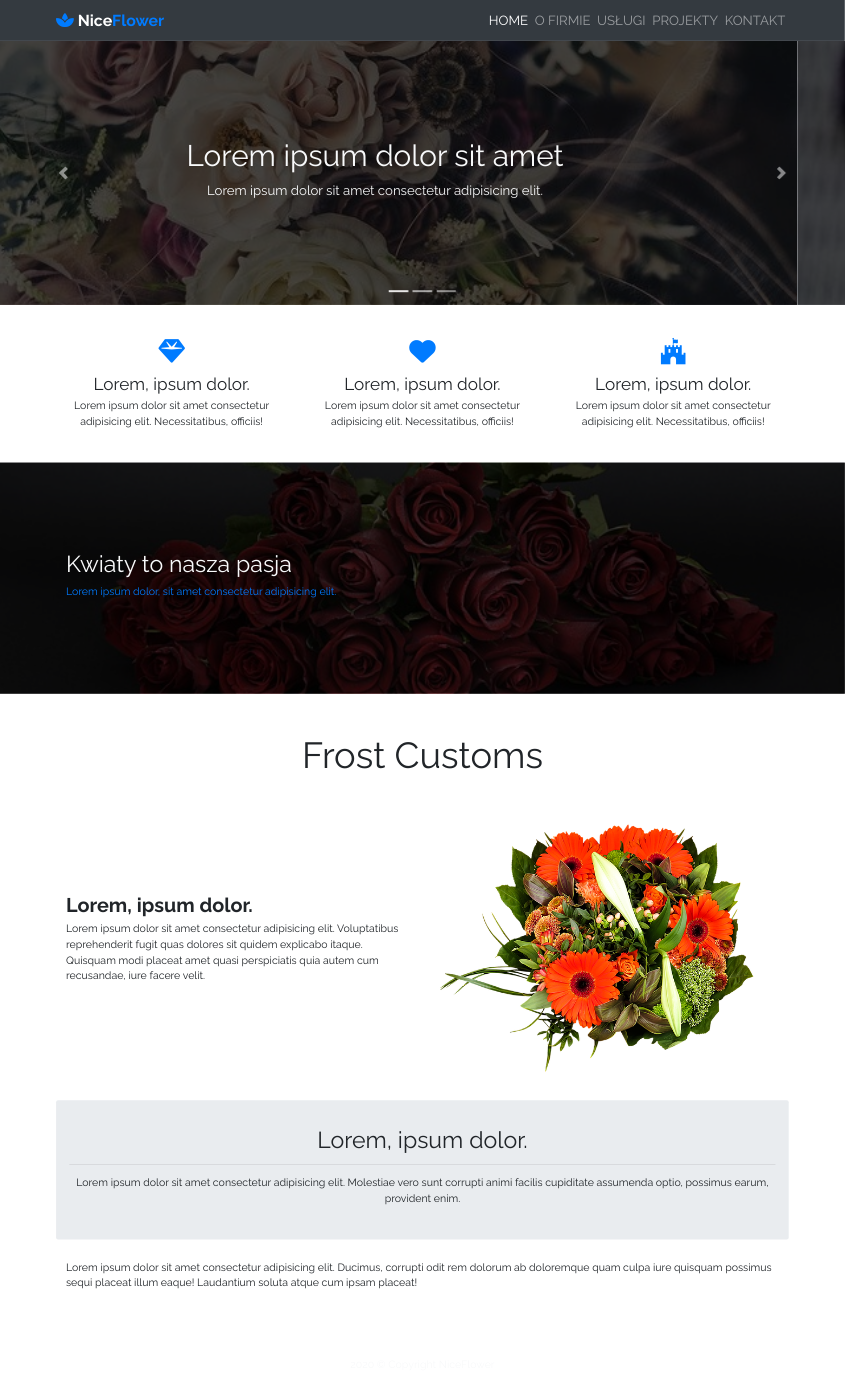
Repository: KrzysKolo/Projekt-13_Kwiaciarnia
Page: index.html
An editor plug-in stored every save of this project. The page is shown before and after the next save, followed by the edit.
The browser window is 1280 px wide. The pictures show the whole page, at 66% of full size.
Some web libraries are served in a nearby version.

Above is the page before, as saved 2020-08-10 02:11:32.

### index.html
<!DOCTYPE html>
<html lang="pl">
  <head>
    <meta charset="UTF-8" />
    <meta name="viewport" content="width=device-width, initial-scale=1.0" />
    <title>Nice-Flower</title>
    <script
      src="https://kit.fontawesome.com/21efeaf281.js"
      crossorigin="anonymous"
    ></script>

    <link
      rel="stylesheet"
      href="https://stackpath.bootstrapcdn.com/bootstrap/4.5.0/css/bootstrap.min.css"
      integrity="sha384-9aIt2nRpC12Uk9gS9baDl411NQApFmC26EwAOH8WgZl5MYYxFfc+NcPb1dKGj7Sk"
      crossorigin="anonymous"
    />
    <link
      href="https://fonts.googleapis.com/css2?family=Raleway:wght@400;700&display=swap"
      rel="stylesheet"
    />
    <link rel="stylesheet" href="style.css" />
  </head>
  <body>
    <nav class="navbar navbar-expand-lg navbar-dark bg-dark py-3">
      <div class="container">
        <a class="navbar-brand" href="#"
          ><i class="fas fa-spa text-primary"></i> Nice<span
            class="text-primary"
            >Flower</span
          ></a
        >
        <button
          class="navbar-toggler border-0"
          type="button"
          data-toggle="collapse"
          data-target="#navbarNavAltMarkup"
          aria-controls="navbarNavAltMarkup"
          aria-expanded="false"
          aria-label="Toggle navigation"
        >
          <i class="fas fa-bars px-4"></i>
        </button>
        <div class="collapse navbar-collapse" id="navbarNavAltMarkup">
          <div class="navbar-nav ml-auto">
            <a class="nav-link active" href="#"
              >Home <span class="sr-only">(current)</span></a
            >
            <a class="nav-link" href="abouteus.html">O firmie</a>
            <a class="nav-link" href="services.html">Usługi</a>
            <a class="nav-link" href="projects.html">Projekty</a>
            <a class="nav-link" href="contact.html">Kontakt</a>
          </div>
        </div>
      </div>
    </nav>

    <!-- HEADER -->
    <header>
      <div
        id="carouselExampleCaptions"
        class="carousel slide"
        data-ride="carousel"
      >
        <ol class="carousel-indicators">
          <li
            data-target="#carouselExampleCaptions"
            data-slide-to="0"
            class="active"
          ></li>
          <li data-target="#carouselExampleCaptions" data-slide-to="1"></li>
          <li data-target="#carouselExampleCaptions" data-slide-to="2"></li>
        </ol>
        <div class="carousel-inner text-dark text-center">
          <div class="carousel-item carousel-img-one active">
            <div
              class="carousel-text h-100 p-5 d-flex flex-column justyfy-content-end justify-content-md-center align-items-center"
            >
              <div class="hero-shadow"></div>
              <p class="display-3 text-light">Lorem ipsum dolor sit amet</p>
              <p class="d-none d-sm-block text-light">
                Lorem ipsum dolor sit amet consectetur adipisicing elit.
              </p>
            </div>
          </div>
          <div class="carousel-item carousel-img-two">
            <div
              class="carousel-text h-100 p-5 d-flex flex-column justyfy-content-end justify-content-md-center align-items-center"
            >
              <div class="hero-shadow"></div>
              <p class="display-3 text-light">Lorem ipsum dolor sit amet</p>
              <p class="d-none d-sm-block text-light">
                Lorem ipsum dolor sit amet consectetur adipisicing elit.
              </p>
            </div>
          </div>
          <div class="carousel-item carousel-img-three">
            <div
              class="carousel-text h-100 p-5 d-flex flex-column justyfy-content-end justify-content-md-center align-items-center"
            >
              <div class="hero-shadow"></div>
              <p class="display-3 text-light">Lorem ipsum dolor sit amet</p>
              <p class="d-none d-sm-block text-light">
                Lorem ipsum dolor sit amet consectetur adipisicing elit.
              </p>
            </div>
          </div>
        </div>
        <a
          class="carousel-control-prev"
          href="#carouselExampleCaptions"
          role="button"
          data-slide="prev"
        >
          <span class="carousel-control-prev-icon" aria-hidden="true"></span>
          <span class="sr-only">Previous</span>
        </a>
        <a
          class="carousel-control-next"
          href="#carouselExampleCaptions"
          role="button"
          data-slide="next"
        >
          <span class="carousel-control-next-icon" aria-hidden="true"></span>
          <span class="sr-only">Next</span>
        </a>
      </div>
    </header>

    <!-- MAIN -->
    <main>
      <section class="home-boxes">
        <div class="container text-center">
          <div class="row">
            <div class="col-md-4 home-box mb-5 mb-md-0">
              <i class="fas fa-gem mb-4 text-primary"></i>
              <h3>Lorem, ipsum dolor.</h3>
              <p class="m-0">
                Lorem ipsum dolor sit amet consectetur adipisicing elit.
                Necessitatibus, officiis!
              </p>
            </div>
            <div class="col-md-4 home-box mb-5 mb-md-0">
              <i class="fas fa-heart mb-4 text-primary"></i>
              <h3>Lorem, ipsum dolor.</h3>
              <p class="m-0">
                Lorem ipsum dolor sit amet consectetur adipisicing elit.
                Necessitatibus, officiis!
              </p>
            </div>
            <div class="col-md-4 home-box mb-5 mb-md-0">
              <i class="fab fa-fort-awesome mb-4 text-primary"></i>
              <h3>Lorem, ipsum dolor.</h3>
              <p class="m-0">
                Lorem ipsum dolor sit amet consectetur adipisicing elit.
                Necessitatibus, officiis!
              </p>
            </div>
          </div>
        </div>
      </section>

      <section class="home-passion">
        <div class="hero-shadow"></div>
        <div class="row m-0 h-100 align-items-center text-light">
          <div class="col">
            <div class="container p-5">
              <p class="display-4">Kwiaty to nasza pasja</p>
              <p class="text-primary">
                Lorem ipsum dolor, sit amet consectetur adipisicing elit.
              </p>
            </div>
          </div>
        </div>
      </section>
      <section class="home-brand py-5">
        <p class="display-2 text-center pt-5 px-3">Frost Customs</p>
        <div class="container py-5">
          <div class="row m-0 align-items-center">
            <div class="col-md-6">
              <h3>Lorem, ipsum dolor.</h3>
              <p>
                Lorem ipsum dolor sit amet consectetur adipisicing elit.
                Voluptatibus reprehenderit fugit quas dolores sit quidem
                explicabo itaque. Quisquam modi placeat amet quasi perspiciatis
                quia autem cum recusandae, iure facere velit.
              </p>
            </div>
            <div class="col-md-6">
              <img src="./img/b9m.png" alt="bukiet" class="img-fluid" />
            </div>
          </div>
        </div>
        <div class="container pb-5">
          <div class="jumbotron text-center">
            <p class="display-4">Lorem, ipsum dolor.</p>
            <hr class="my-4" />
            <p>
              Lorem ipsum dolor sit amet consectetur adipisicing elit. Molestiae
              vero sunt corrupti animi facilis cupiditate assumenda optio,
              possimus earum, provident enim.
            </p>
          </div>
          <p class="px-4 pt-3">
            Lorem ipsum dolor sit amet consectetur adipisicing elit. Ducimus,
            corrupti odit rem dolorum ab doloremque quam culpa iure quisquam
            possimus sequi placeat illum eaque! Laudantium soluta atque cum
            ipsam placeat!
          </p>
        </div>
      </section>
    </main>
    <footer class="bd-dark text-light">
      <p class="p-5 mb-0 text-center">
        2020 &copy; Copyright NiceFlower
      </p>
    </footer>
    <script
      src="https://code.jquery.com/jquery-3.5.1.slim.min.js"
      integrity="sha384-DfXdz2htPH0lsSSs5nCTpuj/zy4C+OGpamoFVy38MVBnE+IbbVYUew+OrCXaRkfj"
      crossorigin="anonymous"
    ></script>
    <script
      src="https://cdn.jsdelivr.net/npm/popper.js@1.16.0/dist/umd/popper.min.js"
      integrity="sha384-Q6E9RHvbIyZFJoft+2mJbHaEWldlvI9IOYy5n3zV9zzTtmI3UksdQRVvoxMfooAo"
      crossorigin="anonymous"
    ></script>
    <script
      src="https://stackpath.bootstrapcdn.com/bootstrap/4.5.0/js/bootstrap.min.js"
      integrity="sha384-OgVRvuATP1z7JjHLkuOU7Xw704+h835Lr+6QL9UvYjZE3Ipu6Tp75j7Bh/kR0JKI"
      crossorigin="anonymous"
    ></script>
  </body>
</html>

### style.css
* {
  box-sizing: border-box;
  margin: 0;
  padding: 0;
}
html {
  font-size: 62.5%;
}
body {
  font-family: "Raleway", sans-serif;
  font-size: 1.6rem;
}
.hero-shadow {
  position: absolute;
  top: 0;
  width: 100%;
  height: 100%;
  background-color: rgba(0, 0, 0, 0.7);
  z-index: -1;
}
/* ----------- */
/*  nawigacja  */
/* ----------- */
nav {
  font-size: 2rem;
  text-transform: uppercase;
}
.navbar-toggler {
  font-size: 3rem;
}
.navbar-brand {
  font-size: 2.4rem;
  font-weight: bold;
  text-transform: none;
}
/* ----------- */
/*    header   */
/* ----------- */
header {
  font-size: 2rem;
}
.carousel-item {
  position: relative;
  height: 400px;
  background-position: center;
  background-size: cover;
  z-index: 0;
}
.carousel-img-one {
  background-image: url("./img/b1m.jpg");
}
.carousel-img-two {
  background-image: url("./img/b2m.jpg");
}
.carousel-img-three {
  background-image: url("./img/b4m.jpg");
}
/* ----------- */
/*     main    */
/* ----------- */
.home-boxes {
  padding: 5rem 0;
}
.home-box i {
  font-size: 4rem;
}
.home-box h3 {
  font-size: 2.6rem;
}
/* ----------- */
.home-passion {
  position: relative;
  height: 350px;
  background-image: url("./img/b8m.jpg");
  background-position: center;
  background-size: cover;
  z-index: 0;
}
/* ----------- */
.home-brand h3 {
  font-size: 3rem;
  font-weight: bold;
}
@media (min-width: 1400px) {
  .carousel-item {
    height: 600px;
  }
  .carousel-img-one {
    background-image: url("./img/b1.jpg");
  }
  .carousel-img-two {
    background-image: url("./img/b2.jpg");
  }
  .carousel-img-three {
    background-image: url("./img/b4.jpg");
  }
}

After the next save:
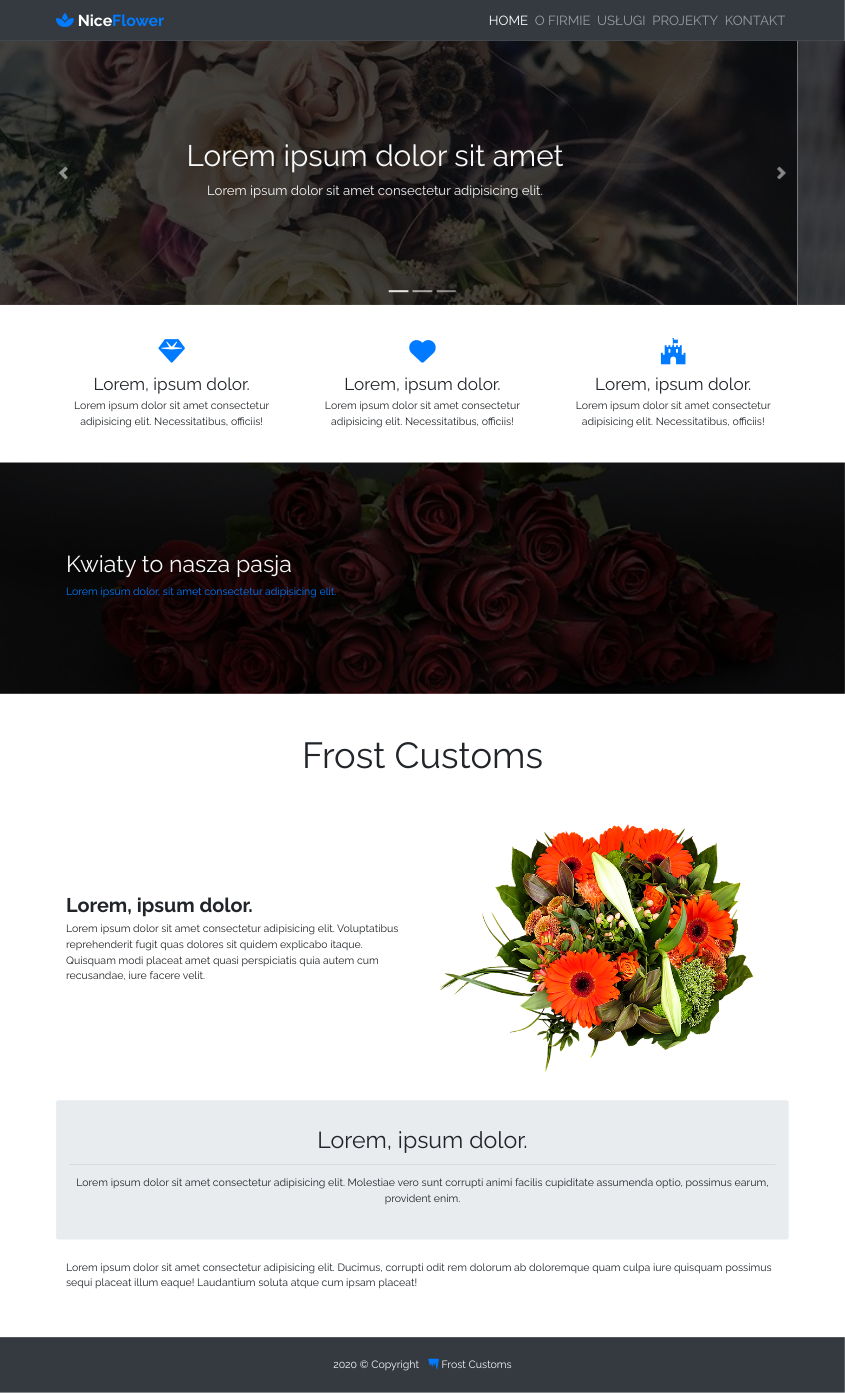
Saved 82 s later.
--- a/index.html
+++ b/index.html
@@ -210,9 +210,10 @@
         </div>
       </section>
     </main>
-    <footer class="bd-dark text-light">
-      <p class="p-5 mb-0 text-center">
-        2020 &copy; Copyright NiceFlower
+    <footer class="bg-dark text-light">
+      <p class="py-5 px-3 mb-0 text-center">
+        2020 &copy; Copyright
+        <i class="ml-3 fas fa-icicles text-primary"></i> Frost Customs
       </p>
     </footer>
     <script
